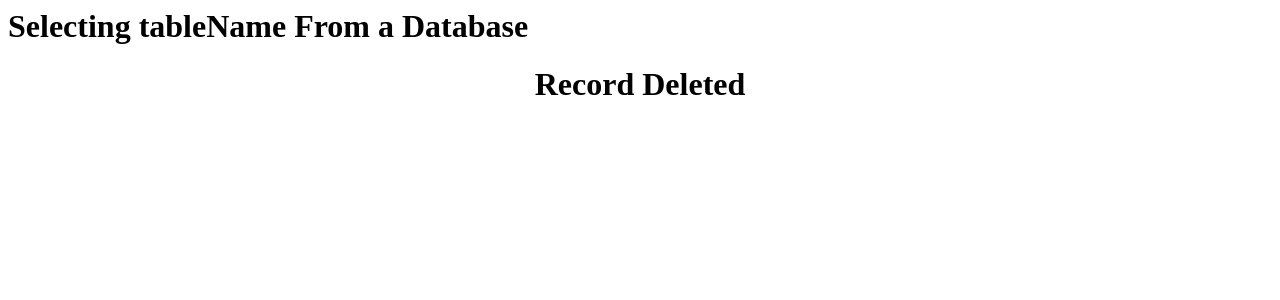
Repository: priyankamergu/MyAllProjects
Page: http://localhost/NewTrainingServlet/DeleteDetail.jsp
An editor plug-in stored every save of this project. The page is shown before and after the next save, followed by the edit.
The browser window is 1280 px wide. The pictures show the whole page.
The page is served by Tomcat 9.

Above is the page before, as saved 2019-11-08 05:49:37.

After the next save:
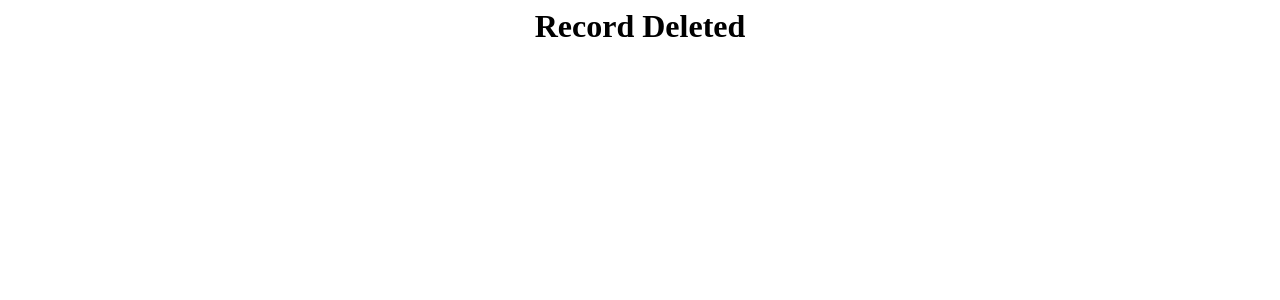
Saved 3 min 25 s later.
--- a/Workspace_JEE7_WEB/NewTrainingServlet/WebContent/DeleteDetail.jsp
+++ b/Workspace_JEE7_WEB/NewTrainingServlet/WebContent/DeleteDetail.jsp
@@ -5,11 +5,11 @@
 <% Class.forName("com.mysql.cj.jdbc.Driver"); %>
 <HTML>
     <HEAD>
-        <TITLE>Selecting tableName From a Database</TITLE>
+
     </HEAD>
 
     <BODY>
-        <H1>Selecting tableName From a Database</H1>
+
 
         <%
         String fname=request.getParameter("fname");
